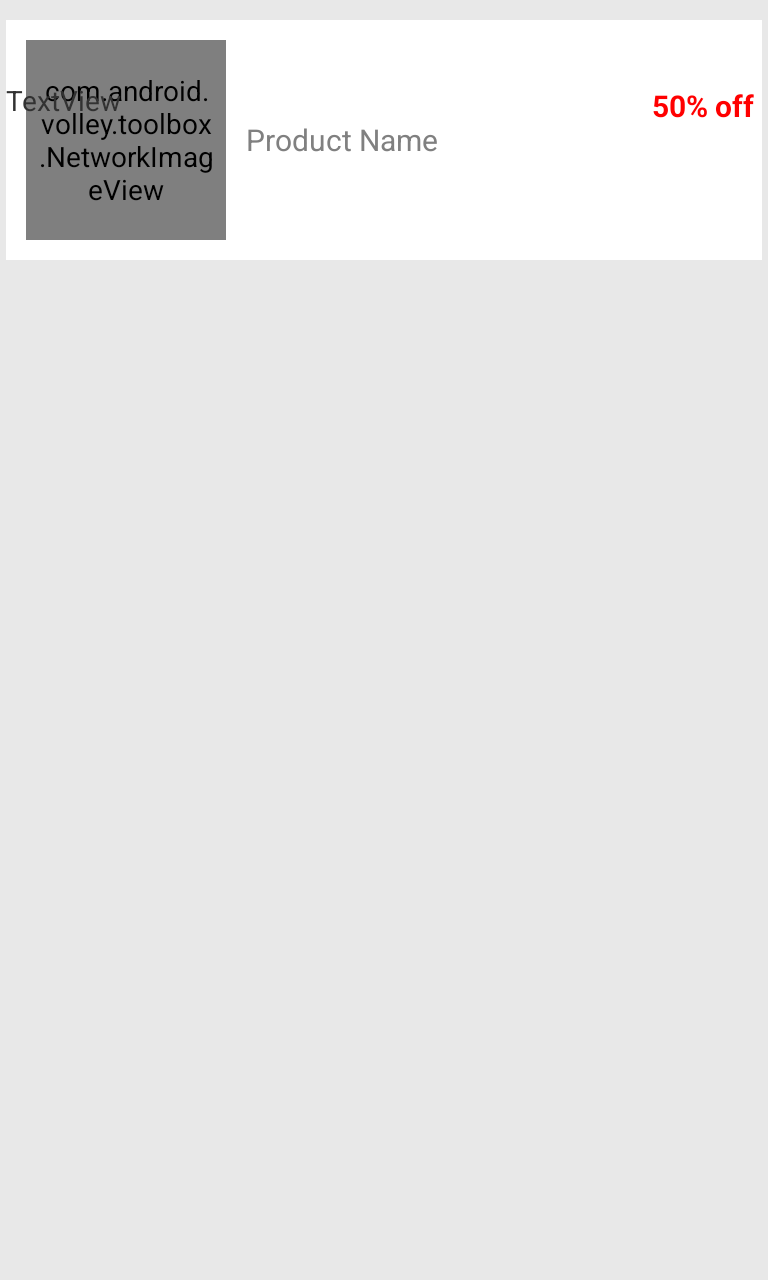
Repository: thisisdemo333/BigDiscount
Layout: BigDiscounts/res/layout/view_lv_search_list.xml
These files come from the project's save history. The layout is drawn as it stood at one moment and after the next save; the edit follows.
Pictures or frames that could not be fetched are drawn as grey boxes. It is drawn on a 768 x 1280 px phone screen (xhdpi) without system bars, with theme AppTheme; the app's code is not run.

Above is the layout before, as saved 2015-05-10 16:28:53.

After the next save:
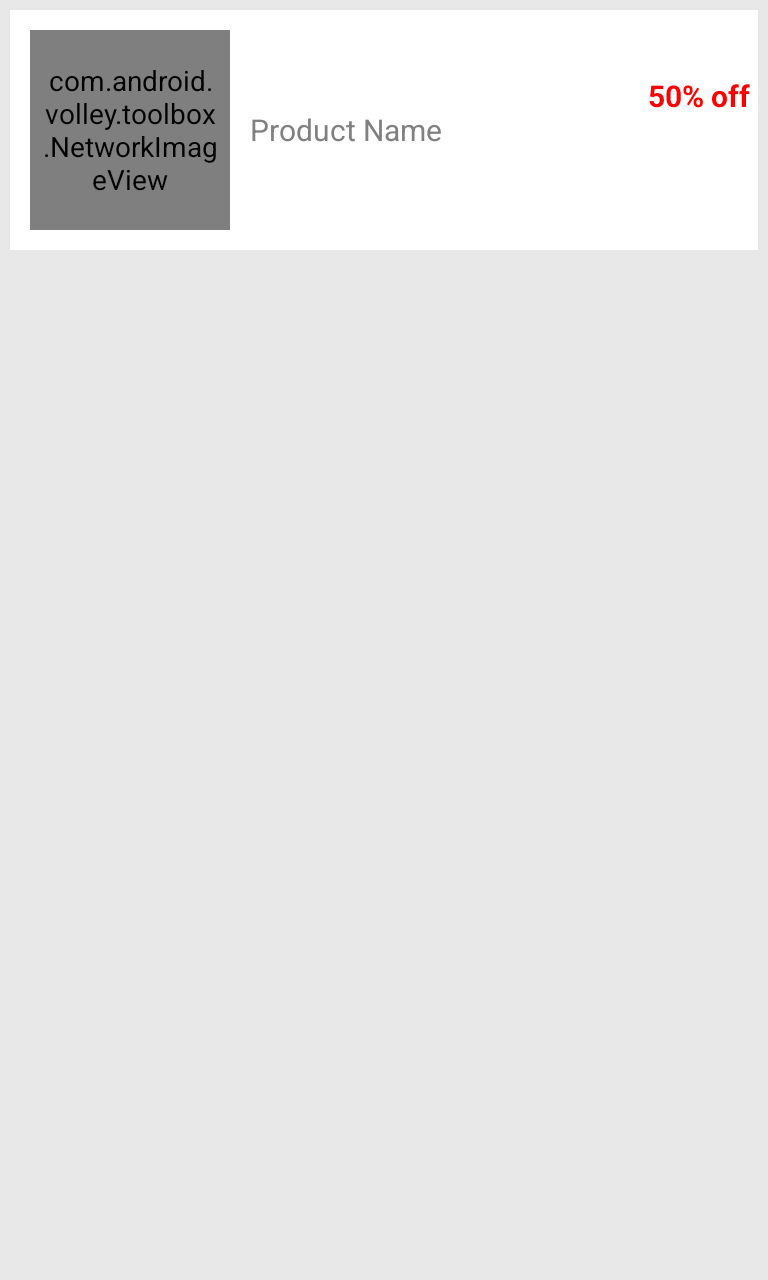
Saved 2 min 10 s later.
--- a/BigDiscounts/res/layout/view_lv_search_list.xml
+++ b/BigDiscounts/res/layout/view_lv_search_list.xml
@@ -3,6 +3,7 @@
     android:layout_width="match_parent"
     android:layout_height="wrap_content"
     android:background="@color/gray_light"
+    android:padding="@dimen/padding_5dp"
     android:orientation="vertical" >
 
     <RelativeLayout
@@ -10,10 +11,6 @@
         android:layout_width="match_parent"
         android:layout_height="wrap_content"
         android:layout_centerVertical="true"
-        android:layout_marginBottom="@dimen/margin_3dp"
-        android:layout_marginLeft="@dimen/margin_3dp"
-        android:layout_marginRight="@dimen/margin_3dp"
-        android:layout_marginTop="@dimen/margin_10dp"
         android:background="@color/white" >
 
         <RelativeLayout
@@ -42,20 +39,12 @@
             android:id="@+id/tv_product_name"
             android:layout_width="wrap_content"
             android:layout_height="wrap_content"
+            android:layout_centerVertical="true"
             android:layout_marginTop="@dimen/margin_10dp"
             android:layout_toRightOf="@+id/image_loader"
             android:text="Product Name"
             android:textColor="@color/gray"
-            android:textSize="@dimen/medium_text_size"
-            android:layout_centerVertical="true" />
-
-         <TextView
-            android:id="@+id/textView1"
-            android:layout_width="wrap_content"
-            android:layout_height="wrap_content"
-            android:layout_below="@+id/tv_product_name"
-            android:text="TextView" />
-
+            android:textSize="@dimen/medium_text_size" />
 
         <!-- <TextView -->
         <!-- android:id="@+id/tv_product_selling_prise" -->
@@ -91,8 +80,6 @@
             android:textColor="@color/red"
             android:textSize="@dimen/medium_text_size"
             android:textStyle="bold" />
-
-
     </RelativeLayout>
 
 </LinearLayout>
